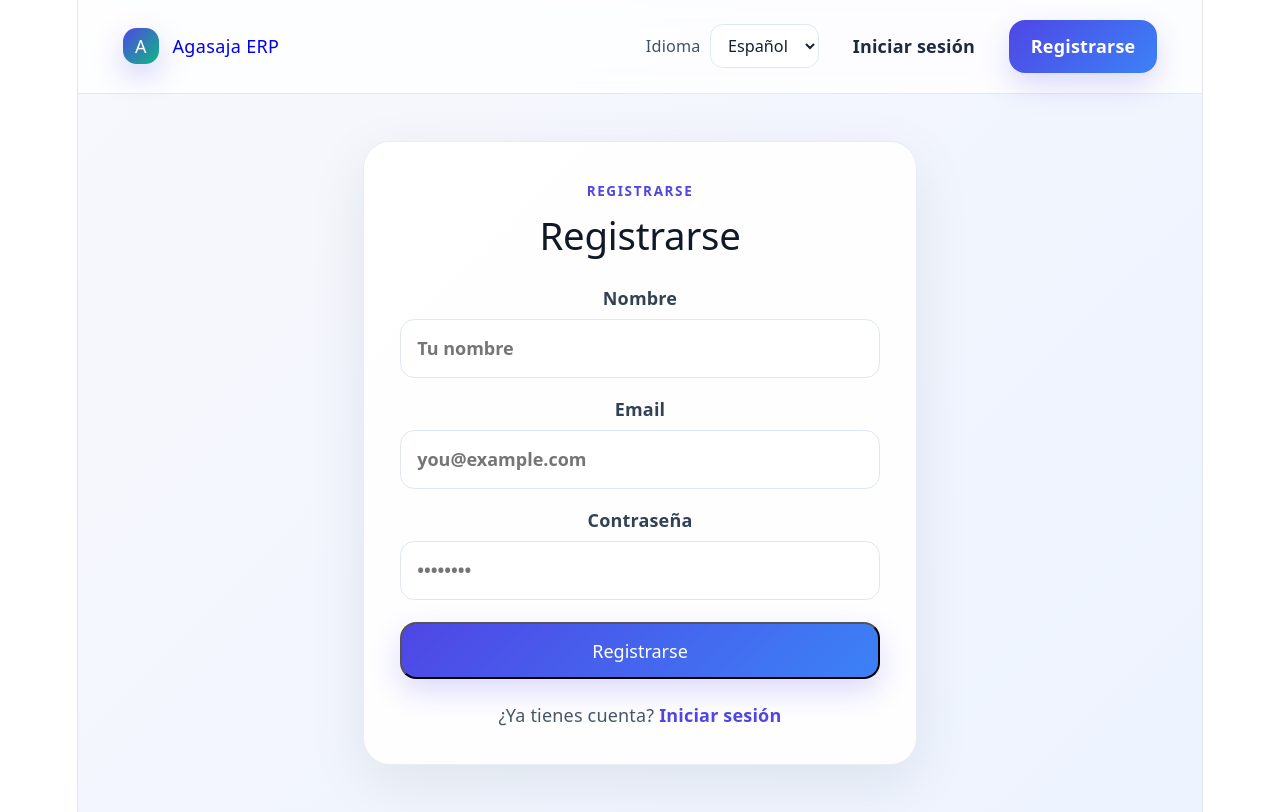
Repository: mrmustard123/agasaja-erp
Page: /register (app in reactfront/)
The author's editor kept a copy of each file at every save. The page is drawn from the files as they stood at one save, then again after the next save.
The browser window is 1280 px wide. The pictures show the whole page.
The project was rebuilt for these pictures with package versions that can differ from the ones it lists, and the page was loaded fresh each time. Also part of the build but not shown: reactfront/vite.config.ts, reactfront/src/pages/LoginPage.tsx, reactfront/src/pages/DashboardPage.tsx.

Above is the page before, as saved 2026-08-24 10:48:50.

After the next save:
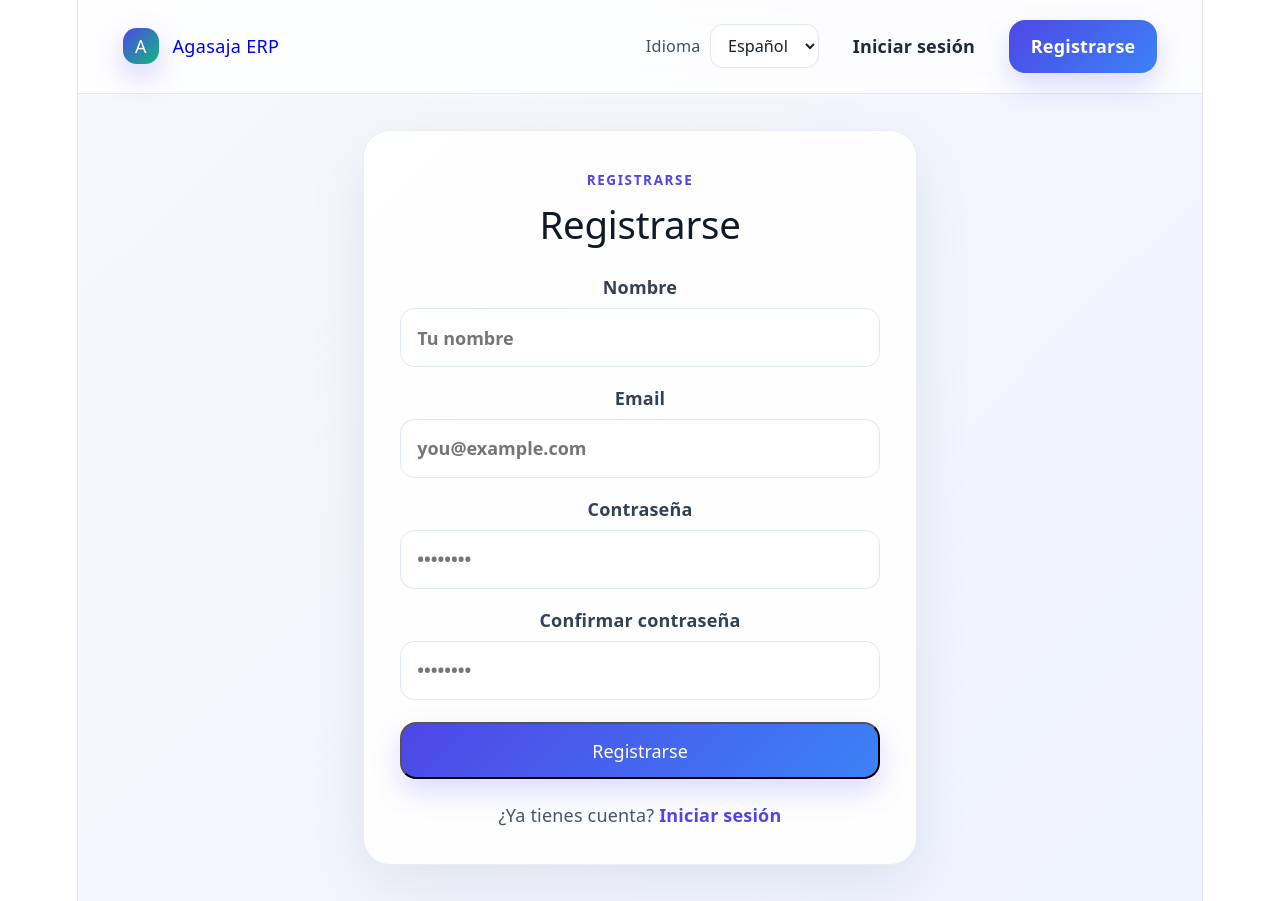
Saved 25 min 41 s later.
--- a/reactfront/src/pages/RegisterPage.tsx
+++ b/reactfront/src/pages/RegisterPage.tsx
@@ -1,4 +1,4 @@
-import { type SyntheticEvent } from 'react'
+import { type SyntheticEvent, useState } from 'react'
 import { Link, useNavigate } from 'react-router-dom'
 import { translations, type Language } from '../i18n'
 
@@ -9,10 +9,54 @@ type RegisterPageProps = {
 export function RegisterPage({ language }: RegisterPageProps) {
   const text = translations[language]
   const navigate = useNavigate()
+  const [loading, setLoading] = useState(false)
+  const [errors, setErrors] = useState<string | null>(null)
 
-  const handleSubmit = (event: SyntheticEvent<HTMLFormElement>) => {
+  const handleSubmit = async (event: SyntheticEvent<HTMLFormElement>) => {
     event.preventDefault()
-    navigate('/dashboard')
+    setErrors(null)
+    setLoading(true)
+
+    const form = event.currentTarget
+    const fd = new FormData(form)
+    const payload = {
+      user_name: fd.get('name')?.toString() ?? '',
+      email: fd.get('email')?.toString() ?? '',
+      password: fd.get('password')?.toString() ?? '',
+      password_confirmation: fd.get('password_confirmation')?.toString() ?? '',
+    }
+
+    try {
+      const res = await fetch('http://localhost:8741/api/register', {
+        method: 'POST',
+        headers: { 'Content-Type': 'application/json' },
+        body: JSON.stringify(payload),
+      })
+
+      const data = await res.json()
+
+      if (!res.ok) {
+        if (data && data.errors) {
+          const first = Object.values(data.errors)[0]
+          setErrors(Array.isArray(first) ? first[0] : String(first))
+        } else if (data && data.message) {
+          setErrors(data.message)
+        } else {
+          setErrors('Registration failed')
+        }
+
+        setLoading(false)
+        return
+      }
+
+      // store token and navigate
+      if (data.token) localStorage.setItem('auth_token', data.token)
+      navigate('/dashboard')
+    } catch (err) {
+      setErrors('Network error')
+    } finally {
+      setLoading(false)
+    }
   }
 
   return (
@@ -21,24 +65,31 @@ export function RegisterPage({ language }: RegisterPageProps) {
         <p className="auth-kicker">{text.register}</p>
         <h2>{text.register}</h2>
 
-        <form className="auth-form" onSubmit={handleSubmit}>
+        <form name="register" className="auth-form" onSubmit={handleSubmit}>
           <label>
             <span>{language === 'es' ? 'Nombre' : 'Name'}</span>
-            <input type="text" placeholder={language === 'es' ? 'Tu nombre' : 'Your name'} />
+            <input name="name" type="text" placeholder={language === 'es' ? 'Tu nombre' : 'Your name'} required />
           </label>
 
           <label>
             <span>Email</span>
-            <input type="email" placeholder="you@example.com" />
+            <input name="email" type="email" placeholder="you@example.com" required />
           </label>
 
           <label>
             <span>{language === 'es' ? 'Contraseña' : 'Password'}</span>
-            <input type="password" placeholder="••••••••" />
+            <input name="password" type="password" placeholder="••••••••" required />
           </label>
 
-          <button type="submit" className="primary-button full-width">
-            {text.register}
+          <label>
+            <span>{language === 'es' ? 'Confirmar contraseña' : 'Confirm password'}</span>
+            <input name="password_confirmation" type="password" placeholder="••••••••" required />
+          </label>
+
+          {errors && <p style={{ color: 'crimson' }}>{errors}</p>}
+
+          <button type="submit" className="primary-button full-width" disabled={loading}>
+            {loading ? (language === 'es' ? 'Registrando...' : 'Registering...') : text.register}
           </button>
         </form>
 
